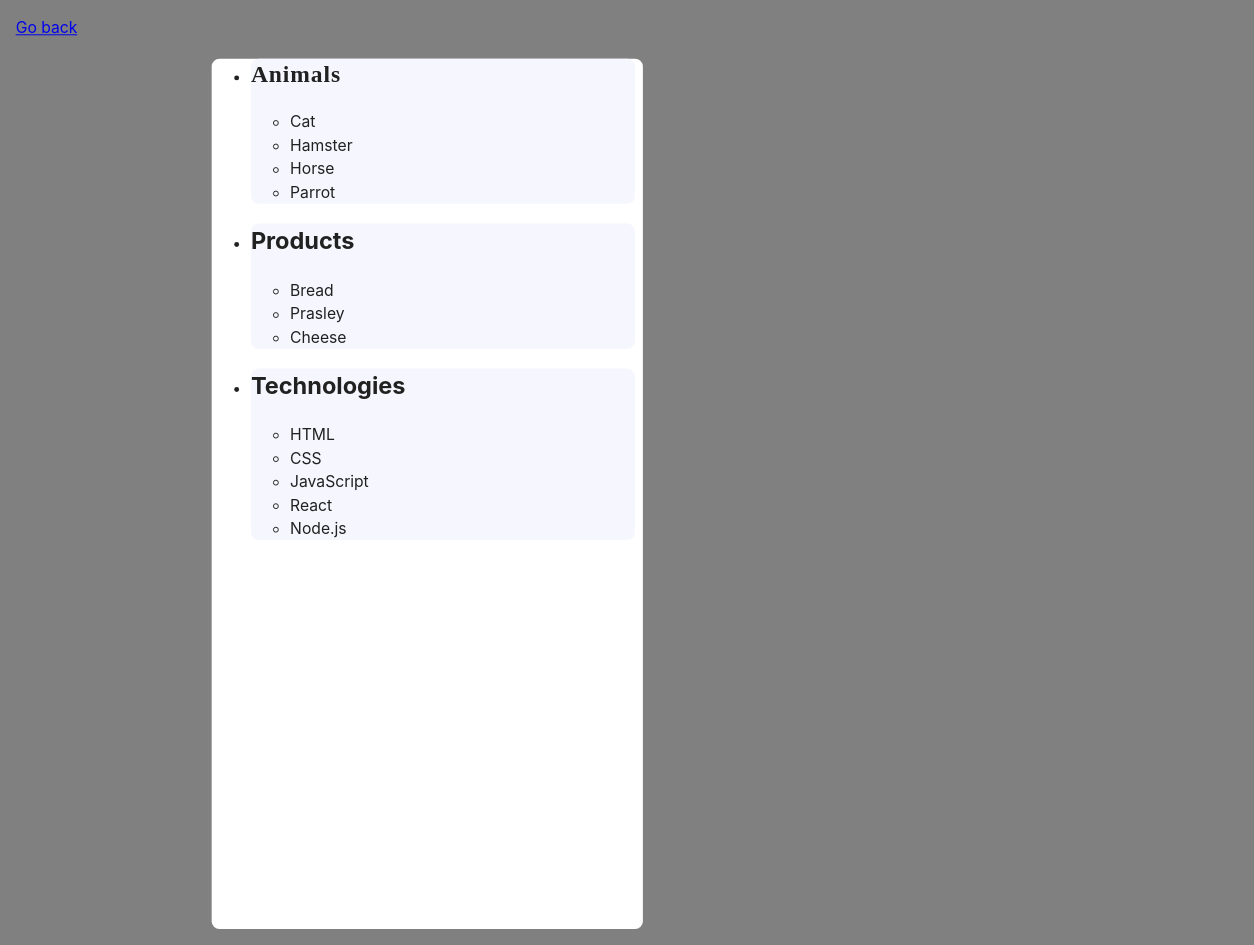
Repository: ViacheslavParfenenko/goit-js-hw-07
Page: task-1.html
An editor plug-in stored every save of this project. The page is shown before and after the next save, followed by the edit.
The browser window is 1280 px wide. The pictures show the whole page, at 98% of full size.

Above is the page before, as saved 2024-07-09 17:17:57.

### task-1.html
<!DOCTYPE html>
<html lang="en">
  <head>
    <meta charset="UTF-8" />
    <meta http-equiv="X-UA-Compatible" content="IE=edge" />
    <meta name="viewport" content="width=device-width, initial-scale=1.0" />
    <title>Task 1</title>
    <link rel="stylesheet" href="./css/common.css" />
  </head>
  <body>
    <p><a href="./index.html">Go back</a></p>

    <ul class="list" id="categories">
      <li class="item">
        <h2 class="item-name">Animals</h2>

        <ul>
          <li class="one-item-name">Cat</li>
          <li class="one-item-name">Hamster</li>
          <li class="one-item-name">Horse</li>
          <li class="one-item-name">Parrot</li>
        </ul>
      </li>
      <li class="item">
        <h2>Products</h2>

        <ul>
          <li>Bread</li>
          <li>Prasley</li>
          <li>Cheese</li>
        </ul>
      </li>
      <li class="item">
        <h2>Technologies</h2>

        <ul>
          <li>HTML</li>
          <li>CSS</li>
          <li>JavaScript</li>
          <li>React</li>
          <li>Node.js</li>
        </ul>
      </li>
    </ul>

    <script src="./js/task-1.js" type="module"></script>
  </body>
</html>

### css/common.css
* {
  box-sizing: border-box;
}

body {
  margin: 16px;
  font-family: -apple-system, BlinkMacSystemFont, "Segoe UI", Roboto, Oxygen,
    Ubuntu, Cantarell, "Open Sans", "Helvetica Neue", sans-serif;
  -webkit-font-smoothing: antialiased;
  -moz-osx-font-smoothing: grayscale;
  background-color: gray;
  color: #212121;
  line-height: 1.5;
}

.list {
  margin-left: 200px;

  background-color: #fff;
  width: 440px;
  height: 888px;
  gap: 24px;
  border-radius: 8px 8px 8px 8px;
}

.item {
  flex: auto;

  background-color: #f6f6fe;
  width: 392px;
  height: ;
  border-radius: 8px 8px 8px 8px;
}

.item-name {
  font-family: Montserrat;
  font-size: 24px;
  font-weight: 600;
  line-height: 32px;
  letter-spacing: 0.04em;
  text-align: left;
}

.one-item-name {
}

### js/task-1.js
const categoriesList = document.getElementById('categories');

const categoriesItems = categoriesList.querySelectorAll('li.item');

console.log(`Number of categories: ${categoriesItems.length}`);

categoriesItems.forEach(category => {
  const categoryTitle = category.querySelector('h2').textContent;
  const categoryItems = category.querySelectorAll('ul li').length;
  console.log(`Category: ${categoryTitle}`);
  console.log(`Elements: ${categoryItems}`);
});

const style = document.createElement('style');
style.textContent = `
  .categories {
    display: flex;
    flex-wrap:;
    gap: 10px;
    list-style: none;
    border: 1px;
    padding: 0;
    margin: 0;
  }
  .item {
    flex: 1 1 calc(33.333% - 10px);
    box-sizing: border-box;
  }

  }
`;

After the next save:
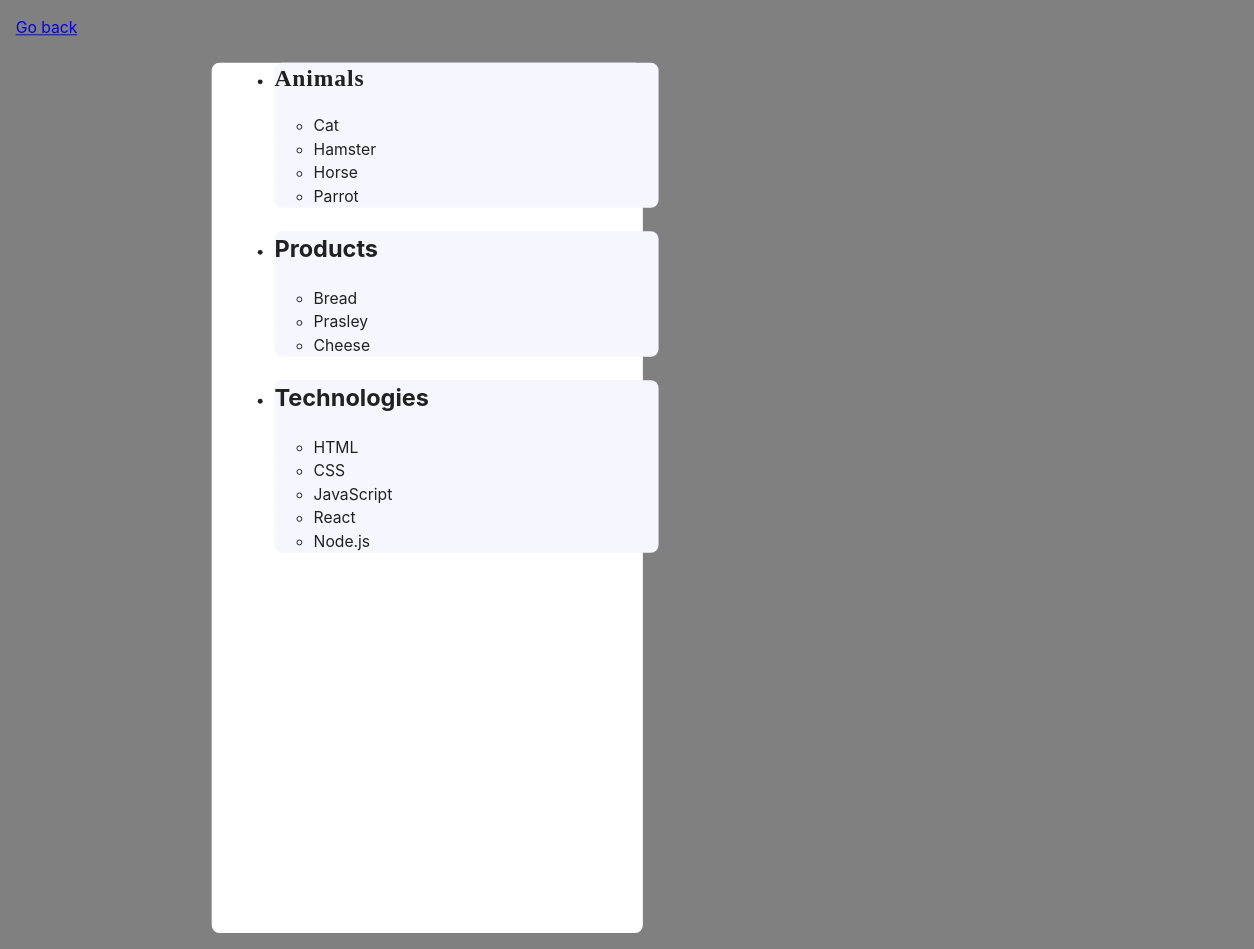
Saved 74 s later.
--- a/css/common.css
+++ b/css/common.css
@@ -25,7 +25,7 @@ body {
 
 .item {
   flex: auto;
-
+  margin: 24px;
   background-color: #f6f6fe;
   width: 392px;
   height: ;
